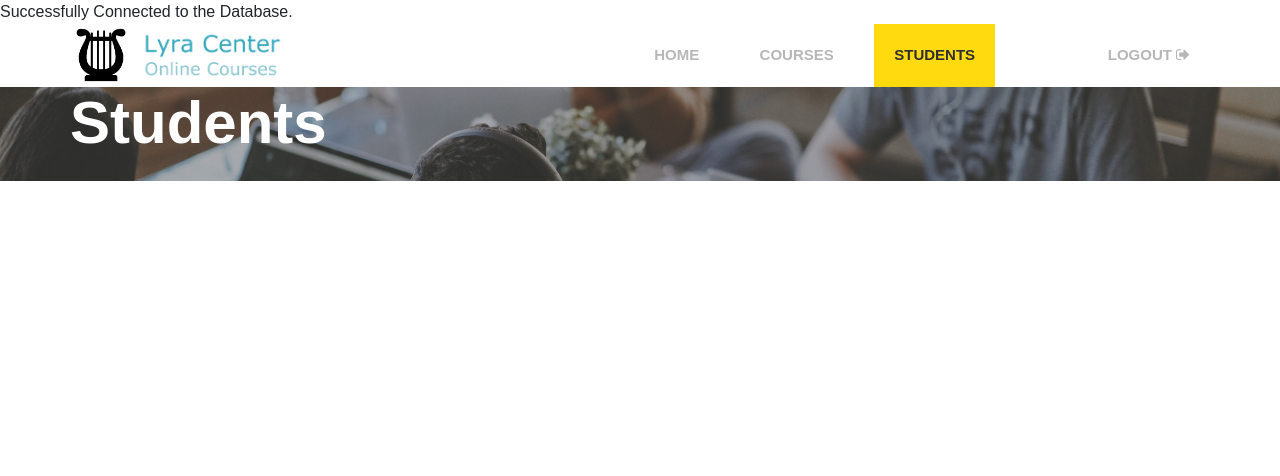
Repository: jersmaecrz/lyra-center
Page: http://localhost/aStudents.php
An editor plug-in stored every save of this project. The page is shown before and after a run of saves, followed by the edit.
The browser window is 1280 px wide. The pictures show the whole page.
Some web fonts or font styles are not loaded; a fallback is used. The page is run by PHP 8.4 with error messages shown; the project is at /var/www/html/.

Above is the page before, as saved 2022-12-03 23:31:59.

### aStudents.php
<?php
    include "admin-dashboard.php";
?>
<!DOCTYPE html>
<html lang="zxx">
<head>
    <link rel="icon" href="img/lyre.png">
    <meta charset="UTF-8">
    <meta name="description" content="Anime Template">
    <meta name="keywords" content="Anime, unica, creative, html">
    <meta name="viewport" content="width=device-width, initial-scale=1.0">
    <meta http-equiv="X-UA-Compatible" content="ie=edge">
    <title>Lyra | Students</title>
    <link rel="stylesheet" href="css/admin-home-style.css" type="text/css">

    <!-- Google Font -->
    <link href="https://fonts.googleapis.com/css2?family=Mulish:wght@300;400;500;600;700;800;900&display=swap"
    rel="stylesheet">

    <link rel="preconnect" href="https://fonts.googleapis.com">
    <link rel="preconnect" href="https://fonts.gstatic.com" crossorigin>
    <link href="https://fonts.googleapis.com/css2?family=Open+Sans:wght@700&display=swap" rel="stylesheet">

    <!-- Css Styles -->
    <link rel="stylesheet" href="css/bootstrap.min.css" type="text/css">
    <link rel="stylesheet" href="css/font-awesome.min.css" type="text/css">
    <link rel="stylesheet" href="css/elegant-icons.css" type="text/css">
    <link rel="stylesheet" href="css/plyr.css" type="text/css">
    <link rel="stylesheet" href="css/nice-select.css" type="text/css">
    <link rel="stylesheet" href="css/owl.carousel.min.css" type="text/css">
    <link rel="stylesheet" href="css/slicknav.min.css" type="text/css">
    <link rel="stylesheet" href="css/style.css" type="text/css">
</head>

<body>
    <!-- Page Preloder -->
    <div id="preloder">
        <div class="loader"></div>
    </div>

    <!-- Header Section Begin -->
    <header class="header">
        <div class="container">
            <div class="row">
                <div class="col-lg-5">
                    <div class="header__logo">
                        <a href="./aHome.php">
                            <img src="img/lyre.png" alt="" width=62px>
                            <img src="img/lyra.png" alt="" width=150px>
                        </a>
                    </div>
                </div>
                <div class="col-lg-7">
                    <div class="header__nav">
                        <nav class="header__menu mobile-menu">
                            <ul>
                                <li ><a href="./aHome.php">HOME</a></li>
                                <li ><a href="./aCourses.php">COURSES</a></li>
                                <li class="active"><a href="./aStudents.php">STUDENTS</a></li>
                                <li class="right"><a href="./signup.html">LOGOUT <i class="fa fa-sign-out" aria-hidden="true"></i></a></li>
                            </ul>
                        </nav>
                    </div>
                </div>

            </div>
            <div id="mobile-menu-wrap"></div>
        </div>
    </header>
    <!-- Header End -->


    <!-- Normal Breadcrumb Begin -->
    <section class="pg pg-breadcrumb set-bg" data-setbg="img/banner.png">
        <div class="container">
            <div class="row">
                <div class="col-lg-5">
                    <div class="normal__breadcrumb__text">
                        <h2>Students</h2>
                    </div>
                </div>
            </div>
        </div>

    </section>
    <!-- Normal Breadcrumb End -->
<br>

<!-- Dashboard -->
<div class="container">
    <div class="row">
            <div class="col-lg-12 normal__breadcrumb__text">

            </div>

    </div>
</div>
<br>
<br>
<br>
<br>
<br>

<!-- Footer Section Begin
<footer class="footer">
    <div class="page-up">
        <a href="#" class="scroll"><span class="arrow_carrot-up"></span></a>
    </div>
    <div class="container">
        <div class="row">
            <div class="col-lg-3">
                <div class="footer__logo">
                    <a href="./index.html">
                        <img src="img/mango manga.png" alt="" width=80px>
                        <img src="img/mm.png" alt="" width=110px>
                    </a>
                </div>
            </div>
            <div class="col-lg-6">
                <div class="footer__nav">
                    <ul>
                        <li class="active"><a href="./index.html">HOME</a></li>
                        <li ><a href="./courses.html">COURSES</a></li>
                        <li ><a href="./signup.html">STUDENTS</a></li>

                    </ul>
                </div>
            </div>

          </div>
      </div>
  </footer>
  <!-- Footer Section End -->


<!-- Js Plugins -->
<script src="js/jquery-3.3.1.min.js"></script>
<script src="js/bootstrap.min.js"></script>
<script src="js/player.js"></script>
<script src="js/jquery.nice-select.min.js"></script>
<script src="js/mixitup.min.js"></script>
<script src="js/jquery.slicknav.js"></script>
<script src="js/owl.carousel.min.js"></script>
<script src="js/main.js"></script>


</body>

</html>

### admin-dashboard.php
<?php
   require_once("config.php");
   class Dashboard {
        //Attributes
        public $name;
        public $courses;
        //Create setters
        function setStudents($students){
            $this -> students = $students;
        }
        function setCourses($courses){
            $this -> courses = $courses;
        }
        //Create getters
        function getStudents(){
            return $this -> students;
        }
        function getCourses(){
            return $this -> courses;
        }
        function countStudents($pdo){
            $query = "SELECT * FROM users";
            $stmt = $pdo-> prepare($query);
            $stmt -> execute();
            $rows = $stmt -> fetchAll();
            $rowCount = $stmt->rowCount();
            $this -> setStudents($rowCount);
        }
        function countCourses($pdo){
            $query = "SELECT * FROM courses";
            $stmt = $pdo-> prepare($query);
            $stmt -> execute();
            $rows = $stmt -> fetchAll();
            $rowCount = $stmt->rowCount();
            $this -> setCourses($rowCount);
        }
    }
?>

### config.php
<?php
    $host = "remotemysql.com";
    $user = "NsqxjSUDbx";
    $password = "wLgUwnheJo";
    $dbName = "NsqxjSUDbx" ;
    //Connect to database using PDO
    try {
        $dsn ="mysql:host=$host;dbname=$dbName";
        $pdo = new PDO($dsn,$user, $password);
        //Check the connection
        $pdo->setAttribute(PDO::ATTR_DEFAULT_FETCH_MODE,PDO::FETCH_OBJ);
        $pdo->setAttribute(PDO::ATTR_ERRMODE,PDO::ERRMODE_EXCEPTION);
        echo "Successfully Connected to the Database.";
    } catch(PDOException $e) {
        echo "Unable to Connect to DB: ". $e->getMessage();
    }
?>

### css/admin-home-style.css
.right {
    float: right;
}
.scroll {
    margin-left: -50px;
    margin-top: -50px;
}
.main-section{
	width:80%;
	margin:0 auto;
	text-align: center;
	padding: 0px 5px;
}
.dashboard{
	width:32%;
	display: inline-block;
	color:#fff;
	margin-top: 50px;
}
.icon-section i{
	font-size: 30px;
	padding:10px;
	border:1px solid #34495E;
	margin-bottom: 10px;
    margin: 5%;
	background-color:#fff;
    border-radius: 50%;
}
.icon-section h3{
	font-size: 20px;
    color: #fff;
	font-family: "Mulish", sans-serif;
}
.icon-section p{
	margin:0px;
	font-size: 20px;
	padding-bottom: 10px;
	font-family: "Mulish", sans-serif;
}
.icon {
    color: #023047;
}
.blueDash {
    background-color:#34495E;

}
.yellowDash {
    background-color:#4ACBCB;

}

### css/style.css

html,
body {
	height: 100%;
	font-family: "Mulish", sans-serif;
	-webkit-font-smoothing: antialiased;
	background: white;
}

h1,
h2,
h3,
h4,
h5,
h6 {
	margin: 0;
	color: #111111;
	font-weight: 400;
	font-family: "Mulish", sans-serif;
}

.lemony a{
	background: #FFDA0E;
	font-size: 20px;
	color: black;
	padding-left: 20px;
	padding-right: 20px;
	padding-top: 10px;
	padding-bottom: 10px;
	font-family: "Oswald", sans-serif;
}

h1 {
	font-size: 70px;
}

h2 {
	font-size: 36px;
}

h3 {
	font-size: 30px;
}

h4 {
	font-size: 24px;
}

h5 {
	font-size: 18px;
}

h6 {
	font-size: 16px;
}

p {
	font-size: 15px;
	font-family: "Mulish", sans-serif;
	color: #3d3d3d;
	font-weight: 400;
	line-height: 25px;
	margin: 0 0 15px 0;
}

img {
	max-width: 100%;
}

input:focus,
select:focus,
button:focus,
textarea:focus {
	outline: none;
}

a:hover,
a:focus {
	text-decoration: none;
	outline: none;
	color: #4ACBCB;;
}

ul,
ol {
	padding: 0;
	margin: 0;
}

/*---------------------
  Helper CSS
-----------------------*/

.section-title {
	margin-bottom: 30px;
}

.section-title h4,
.section-title h5 {
	color: #2F2F2F;
	font-weight: 600;
	line-height: 21px;
	text-transform: uppercase;
	padding-left: 20px;
	position: relative;
	font-family: "Oswald", sans-serif;
}

.section-title h4:after,
.section-title h5:after {
	position: absolute;
	left: 0;
	top: -6px;
	height: 32px;
	width: 4px;
	background: #e53637;
	content: "";
}

.set-bg {
	background-repeat: no-repeat;
	background-size: cover;
	background-position: top center;
}

.spad {
	padding-top: 100px;
	padding-bottom: 100px;
}

.text-white h1,
.text-white h2,
.text-white h3,
.text-white h4,
.text-white h5,
.text-white h6,
.text-white p,
.text-white span,
.text-white li,
.text-white a {
color: black;
}

/* buttons */

.primary-btn {
	display: inline-block;
	font-size: 13px;
	font-weight: 700;
	text-transform: uppercase;
	color: #ffffff;
	letter-spacing: 2px;
}

.primary-btn span {
	font-size: 18px;
	margin-left: 5px;
	position: relative;
	top: 3px;
}

.site-btn {
	font-size: 13px;
	color: #ffffff;
	background: #e53637;
	font-weight: 700;
	border: none;
	border-radius: 2px;
	letter-spacing: 2px;
	text-transform: uppercase;
	display: inline-block;
	padding: 12px 30px;
}

/* Preloder */

#preloder {
	position: fixed;
	width: 100%;
	height: 100%;
	top: 0;
	left: 0;
	z-index: 999999;
	background: #000;
}

.loader {
	width: 40px;
	height: 40px;
	position: absolute;
	top: 50%;
	left: 50%;
	margin-top: -13px;
	margin-left: -13px;
	border-radius: 60px;
	animation: loader 0.8s linear infinite;
	-webkit-animation: loader 0.8s linear infinite;
}

@keyframes loader {
	0% {
		-webkit-transform: rotate(0deg);
		transform: rotate(0deg);
		border: 4px solid #f44336;
		border-left-color: transparent;
	}
	50% {
		-webkit-transform: rotate(180deg);
		transform: rotate(180deg);
		border: 4px solid #673ab7;
		border-left-color: transparent;
	}
	100% {
		-webkit-transform: rotate(360deg);
		transform: rotate(360deg);
		border: 4px solid #f44336;
		border-left-color: transparent;
	}
}

@-webkit-keyframes loader {
	0% {
		-webkit-transform: rotate(0deg);
		border: 4px solid #f44336;
		border-left-color: transparent;
	}
	50% {
		-webkit-transform: rotate(180deg);
		border: 4px solid #673ab7;
		border-left-color: transparent;
	}
	100% {
		-webkit-transform: rotate(360deg);
		border: 4px solid #f44336;
		border-left-color: transparent;
	}
}

.spacial-controls {
	position: fixed;
	width: 111px;
	height: 91px;
	top: 0;
	right: 0;
	z-index: 999;
}

.spacial-controls .search-switch {
	display: block;
	height: 100%;
	padding-top: 30px;
	background: #323232;
	text-align: center;
	cursor: pointer;
}

.search-model {
	display: none;
	position: fixed;
	width: 100%;
	height: 100%;
	left: 0;
	top: 0;
	background: #000;
	z-index: 99999;
}

.search-model-form {
	padding: 0 15px;
}

.search-model-form input {
	width: 500px;
	font-size: 40px;
	border: none;
	border-bottom: 2px solid #333;
	background: 0 0;
	color: #999;
}

.search-close-switch {
	position: absolute;
	width: 50px;
	height: 50px;
	background: #333;
	color: #fff;
	text-align: center;
	border-radius: 50%;
	font-size: 28px;
	line-height: 28px;
	top: 30px;
	cursor: pointer;
	display: -webkit-box;
	display: -ms-flexbox;
	display: flex;
	-webkit-box-align: center;
	-ms-flex-align: center;
	align-items: center;
	-webkit-box-pack: center;
	-ms-flex-pack: center;
	justify-content: center;
}

/*---------------------
  Header
-----------------------*/

.header {
	background: white;
}

.header__menu {
	text-align: center;
}


.header__menu ul li {
	list-style: none;
	display: inline-block;
	position: relative;
	margin-right: 16px;
}

.header__menu ul li.active a {
	background: #FFDA0E;
	color: #2F2F2F;
}



.header__menu ul li:hover a {
	color: #4ACBCB;
}

.header__menu ul li:hover .dropdown {
	top: 62px;
	opacity: 1;
	visibility: visible;
}

.header__menu ul li:hover .dropdown li a {
	background: transparent;
}

.header__menu ul li:last-child {
	margin-right: 0;
}
.square {
  height: 450px;
  width: 1000px;
  background-color: #CCCC00;
}



.header__menu ul li:hover .dump {
	top: 62px;
	opacity: 1;
	visibility: visible;
}

.header__menu ul li:hover .dump li a {
	background: transparent;
}


.header__menu ul li .dump {
	position: absolute;
	left: 0;
	top: 82px;
	width: 150px;
	background: #ffffff;
	text-align: left;
	padding: 5px 0;
	z-index: 9;
	opacity: 0;
	visibility: hidden;
	-webkit-transition: all, 0.3s;
	-o-transition: all, 0.3s;
	transition: all, 0.3s;
}


.header__menu ul li .dump li {
	display: block;
	margin-right: 0;
}

.header__menu ul li .dump li a {
	font-size: 14px;
	color: #111111;
	font-weight: 500;
	padding: 5px 20px;
}





.header__menu ul li .dropdown {
	position: absolute;
	left: 0;
	top: 82px;
	width: 150px;
	background: #ffffff;
	text-align: left;
	padding: 5px 0;
	z-index: 9;
	opacity: 0;
	visibility: hidden;
	-webkit-transition: all, 0.3s;
	-o-transition: all, 0.3s;
	transition: all, 0.3s;
}


.header__menu ul li .dropdown li {
	display: block;
	margin-right: 0;
}

.header__menu ul li .dropdown li a {
	font-size: 14px;
	color: #111111;
	font-weight: 500;
	padding: 5px 20px;
}

.header__menu ul li a {
	font-size: 15px;
	color: #b7b7b7;
	display: block;
	font-weight: 700;
	-webkit-transition: all, 0.5s;
	-o-transition: all, 0.5s;
	transition: all, 0.5s;
	padding: 20px;
}

.header__menu ul li a span {
	position: relative;
	font-size: 17px;
	top: 2px;
}

.header__right {
	text-align: right;
	padding: 20px 0 15px;
}

.header__right a {
	display: inline-block;
	font-size: 18px;
	color: #ffffff;
	margin-right: 30px;
}

.header__right a:last-child {
	margin-right: 0;
}

.slicknav_menu {
	display: none;
}

/*---------------------
  Hero
-----------------------*/




/*---------------------
  Breadcrumb
-----------------------*/

.breadcrumb-option {
	padding-top: 35px;
}

.breadcrumb__links a {
	font-size: 15px;
	color: #323232;
	margin-right: 18px;
	display: inline-block;
	position: relative;
}

.breadcrumb__links a i {
	margin-right: 5px;
	color: #323232;
}

.breadcrumb__links a:after {
	position: absolute;
	right: -14px;
	top: 0;
	content: "";
	font-family: "FontAwesome";
}

.breadcrumb__links span {
	font-size: 15px;
	color: #323232;
	display: inline-block;
}

/*---------------------
    Normal Breadcrumb
-----------------------*/

.normal-breadcrumb {
	height: 450px;
	display: -webkit-box;
	display: -ms-flexbox;
	display: flex;
	-webkit-box-align: center;
	-ms-flex-align: center;
	align-items: center;
	-webkit-box-pack: center;
	-ms-flex-pack: center;
	justify-content: center;
}
.normal__breadcrumb__text h2 {
	color: #ffffff;
	font-size: 60px;
	font-family: "Oswald", sans-serif;
	font-weight: 700;
	margin-bottom: 22px;
}

.normal__breadcrumb__text p {
	color: #ffffff;
	font-size: 18px;
	margin-bottom: 0;
}


/*---------------------
  Login
-----------------------*/

.login {
	padding-top: 130px;
	padding-bottom: 120px;
}

.login__form {
	position: relative;
	padding-left: 145px;
}

.login__form:after {
	position: absolute;
	right: -14px;
	top: -40px;
	height: 330px;
	width: 1px;
	background: rgba(255, 255, 255, 0.2);
	content: "";
}

.login__form h3 {
	color: #ffffff;
	font-weight: 700;
	font-family: "Oswald", sans-serif;
	margin-bottom: 30px;
}

.login__form form .input__item {
	position: relative;
	width: 370px;
	margin-bottom: 20px;
}

.login__form form .input__item:before {
	position: absolute;
	left: 50px;
	top: 10px;
	height: 30px;
	width: 1px;
	background: #b7b7b7;
	content: "";
}

.login__form form .input__item input {
	height: 50px;
	width: 100%;
	font-size: 15px;
	color: #b7b7b7;
	background: #ffffff;
	border: none;
	padding-left: 76px;
}

.login__form form .input__item input::-webkit-input-placeholder {
	color: #b7b7b7;
}

.login__form form .input__item input::-moz-placeholder {
	color: #b7b7b7;
}

.login__form form .input__item input:-ms-input-placeholder {
	color: #b7b7b7;
}

.login__form form .input__item input::-ms-input-placeholder {
	color: #b7b7b7;
}

.login__form form .input__item input::placeholder {
	color: #b7b7b7;
}

.login__form form .input__item span {
	color: #b7b7b7;
	font-size: 20px;
	position: absolute;
	left: 15px;
	top: 13px;
}

.login__form form button {
	border-radius: 0;
	margin-top: 10px;
}

.login__form .forget_pass {
	font-size: 15px;
	color: #ffffff;
	display: inline-block;
	position: absolute;
	right: 60px;
	bottom: 12px;
}

.login__register {
	padding-left: 30px;
}

.login__register h3 {
	color: #ffffff;
	font-weight: 700;
	font-family: "Oswald", sans-serif;
	margin-bottom: 30px;
}

.login__register .primary-btn {
	background: #e53637;
	padding: 12px 42px;
}

.login__social {
	padding-top: 52px;
}

.login__social__links {
	text-align: center;
}

.login__social__links span {
	color: #ffffff;
	display: block;
	font-size: 13px;
	font-weight: 700;
	letter-spacing: 2px;
	text-transform: uppercase;
	margin-bottom: 30px;
}

.login__social__links ul li {
	list-style: none;
	margin-bottom: 15px;
}

.login__social__links ul li:last-child {
	margin-bottom: 0;
}

.login__social__links ul li a {
	color: #ffffff;
	display: block;
	font-size: 13px;
	font-weight: 700;
	letter-spacing: 2px;
	text-transform: uppercase;
	width: 460px;
	padding: 14px 0;
	position: relative;
	margin: 0 auto;
}

.login__social__links ul li a.facebook {
	background: #4267b2;
}

.login__social__links ul li a.google {
	background: #ff4343;
}

.login__social__links ul li a.twitter {
	background: #1da1f2;
}

.login__social__links ul li a i {
	font-size: 20px;
	position: absolute;
	left: 32px;
	top: 14px;
}

/*---------------------
  Sign Up
-----------------------*/

.signup {
	padding-top: 130px;
	padding-bottom: 150px;
}

.signup .login__form:after {
	height: 450px;
}

.signup .login__form h5 {
	font-size: 15px;
	color: #ffffff;
	margin-top: 36px;
}

.signup .login__form h5 a {
	color: #e53637;
	font-weight: 700;
}

.signup .login__social__links {
	text-align: left;
	padding-left: 40px;
}

.signup .login__social__links h3 {
	color: #ffffff;
	font-weight: 700;
	font-family: "Oswald", sans-serif;
	margin-bottom: 30px;
}

.signup .login__social__links ul li a {
	margin: 0;
	text-align: center;
}

/*---------------------
  Footer
-----------------------*/

.footer {
	background: #80E2E2;
	padding-top: 60px;
	padding-bottom: 40px;
	position: relative;
}

.page-up {
	position: absolute;
	left: 50%;
	top: -25px;
	margin-left: -25px;
}

.page-up a {
	display: inline-block;
	font-size: 36px;
	color: black;
	height: 50px;
	width: 50px;
	background: #FFDA0E;
	line-height: 50px;
	text-align: center;
	border-radius: 50%;
}

.page-up a span {
	position: relative;
	top: 2px;
	left: -1px;
}

.footer__nav {
	text-align: center;
}

.footer__nav ul li {
	list-style: none;
	display: inline-block;
	position: relative;
	margin-right: 40px;
}

.footer__nav ul li:last-child {
	margin-right: 0;
}

.footer__nav ul li a {
	font-size: 15px;
	color: #3D3D3D;
	display: block;
	font-weight: 700;
}


/*--------------------------------- Responsive Media Quaries -----------------------------*/

@media only screen and (min-width: 1200px) and (max-width: 1300px) {
	.hero {
		overflow: hidden;
	}
}

@media only screen and (min-width: 1200px) {
	.container {
		max-width: 1170px;
	}
}

/* Medium Device = 1200px */

@media only screen and (min-width: 992px) and (max-width: 1199px) {
	.hero {
		overflow: hidden;
	}
	.login__form {
		position: relative;
		padding-left: 32px;
	}
	.login__social__links ul li a {
		width: 380px;
	}
	.blog__item__text {
		padding: 0 50px;
	}
}

/* Tablet Device = 768px */

@media only screen and (min-width: 768px) and (max-width: 991px) {
	.hero {
		overflow: hidden;
	}
	.header {
		position: relative;
	}
	.header .container {
		position: relative;
	}
	.header__right {
		position: absolute;
		right: 120px;
		top: -42px;
		padding: 0;
	}
	.header__menu {
		display: none;
	}
	.slicknav_menu {
		background: transparent;
		padding: 0;
		display: block;
	}
	.slicknav_nav {
		position: absolute;
		left: 0;
		top: 60px;
		width: 100%;
		background: #ffffff;
		padding: 15px 30px;
		z-index: 9;
	}
	.slicknav_nav ul {
		margin: 0;
	}
	.slicknav_nav .slicknav_row,
	.slicknav_nav a {
		padding: 7px 0;
		margin: 0;
		color: #111111;
		font-weight: 600;
	}
	.slicknav_btn {
		border-radius: 0;
		background-color: #222;
		position: absolute;
		right: 0;
		top: 9px;
	}
	.slicknav_nav .slicknav_arrow {
		color: #111111;
	}
	.slicknav_nav .slicknav_row:hover {
		border-radius: 0;
		background: transparent;
		color: #111111;
	}
	.slicknav_nav a:hover {
		border-radius: 0;
		background: transparent;
		color: #111111;
	}
	.product__sidebar {
		padding-top: 50px;
	}
	.footer__logo {
		text-align: center;
		margin-bottom: 20px;
	}
	.footer__nav {
		margin-bottom: 15px;
	}
	.footer__copyright__text {
		text-align: center;
	}
	.anime__details__widget ul li span {
		width: 90px;
	}
	.anime__details__pic {
		margin-bottom: 40px;
	}
	.anime__details__sidebar {
		padding-top: 50px;
	}
	.login__form {
		padding-left: 0;
		margin-bottom: 40px;
	}
	.login__form:after {
		display: none;
	}
	.login__form form .input__item {
		width: auto;
	}
	.login__register {
		padding-left: 0;
	}
	.signup .login__social__links {
		padding-left: 0;
	}
}

/* Wide Mobile = 480px */

@media only screen and (max-width: 767px) {
	.hero {
		overflow: hidden;
	}
	.header {
		position: relative;
	}
	.header .container {
		position: relative;
	}
	.header__right {
		position: absolute;
		right: 120px;
		top: -42px;
		padding: 0;
	}
	.header__menu {
		display: none;
	}
	.slicknav_menu {
		background: transparent;
		padding: 0;
		display: block;
	}
	.slicknav_nav {
		position: absolute;
		left: 0;
		top: 60px;
		width: 100%;
		background: #ffffff;
		padding: 15px 30px;
		z-index: 9;
	}
	.slicknav_nav ul {
		margin: 0;
	}
	.slicknav_nav .slicknav_row,
	.slicknav_nav a {
		padding: 7px 0;
		margin: 0;
		color: #111111;
		font-weight: 600;
	}
	.slicknav_btn {
		border-radius: 0;
		background-color: #222;
		position: absolute;
		right: 0;
		top: 9px;
	}
	.slicknav_nav .slicknav_arrow {
		color: #111111;
	}
	.slicknav_nav .slicknav_row:hover {
		border-radius: 0;
		background: transparent;
		color: #111111;
	}
	.slicknav_nav a:hover {
		border-radius: 0;
		background: transparent;
		color: #111111;
	}
	.product__sidebar {
		padding-top: 50px;
	}
	.footer__logo {
		text-align: center;
		margin-bottom: 20px;
	}
	.footer__nav {
		margin-bottom: 15px;
	}
	.footer__copyright__text {
		text-align: center;
	}
	.blog__details__title h2 {
		font-size: 34px;
		line-height: normal;
	}
	.anime__details__pic {
		margin-bottom: 40px;
	}
	.anime__details__sidebar {
		padding-top: 50px;
	}
	.btn__all {
		text-align: left;
	}
	.product__page__title .section-title {
		margin-bottom: 30px;
	}
	.product__page__title .product__page__filter {
		text-align: left;
	}
	.anime__details__rating {
		text-align: left;
		position: relative;
		margin-bottom: 20px;
	}
	.blog__details__social {
		overflow: hidden;
	}
	.blog__details__title .blog__details__social a {
		margin-right: 10px;
		margin-bottom: 10px;
		width: calc(50% - 10px);
		float: left;
	}
	.login__form {
		padding-left: 0;
		margin-bottom: 40px;
	}
	.login__form:after {
		display: none;
	}
	.login__form form .input__item {
		width: auto;
	}
	.signup .login__social__links {
		padding-left: 0;
	}
	.login__social__links ul li a {
		width: auto;
	}
	.blog__item__text {
		padding: 0 30px;
	}
	.login__register {
		padding-left: 0;
	}
	.product__sidebar__view .filter__controls li {
		margin-right: 2px;
	}
	.search-model-form input {
		width: 100%;
	}
}

/* Small Device = 320px */

@media only screen and (max-width: 479px) {
	.hero__slider.owl-carousel .owl-nav {
		display: none;
	}
	.hero__items {
		padding: 250px 0 42px 15px;
	}
	.hero__text h2 {
		font-size: 32px;
	}
	.footer__nav ul li {
		margin-right: 10px;
	}
	.anime__details__btn .follow-btn {
		padding: 14px 26px;
		margin-right: 11px;
		margin-bottom: 25px;
	}
	.anime__details__widget ul li span {
		width: 85px;
	}
	.anime__video__player .plyr__volume {
		left: 65px;
	}
	.anime__video__player .plyr__controls .plyr__controls__item.plyr__time {
		left: 95px;
	}
	.anime__video__player .plyr__menu {
		margin-right: 60px;
	}
	.blog__details__title h2 {
		font-size: 30px;
		line-height: normal;
	}
	.blog__details__title .blog__details__social a {
		padding: 16px 25px 14px 20px;
	}
	.blog__details__comment__item.blog__details__comment__item--reply {
		padding-left: 0;
	}
	.blog__details__comment__item__pic {
		margin-right: 25px;
	}
	.blog__details__comment__item__text a {
		margin-right: 6px;
	}
	.login__social__links ul li a i {
		left: 20px;
	}
	.login__form .forget_pass {
		position: relative;
		left: 0;
		bottom: 0;
		margin-top: 25px;
	}
	.header__right a {
		margin-right: 10px;
	}
	.anime__review__item__text h6 span {
		font-size: 12px;
	}
	.anime__review__item__text {
		padding: 18px 20px 20px;
	}

}

Loaded but not shown: css/bootstrap.min.css (library); css/font-awesome.min.css (library); css/plyr.css (library); css/nice-select.css (common file); css/owl.carousel.min.css (library); css/slicknav.min.css (common file); js/jquery-3.3.1.min.js (library); js/bootstrap.min.js (library); js/player.js (library); js/jquery.nice-select.min.js (common file); js/mixitup.min.js (library); js/jquery.slicknav.js (library); js/owl.carousel.min.js (library); js/main.js (101 lines, source omitted); css/elegant-icons.css (1157 lines, source omitted)

After the next 2 saves:
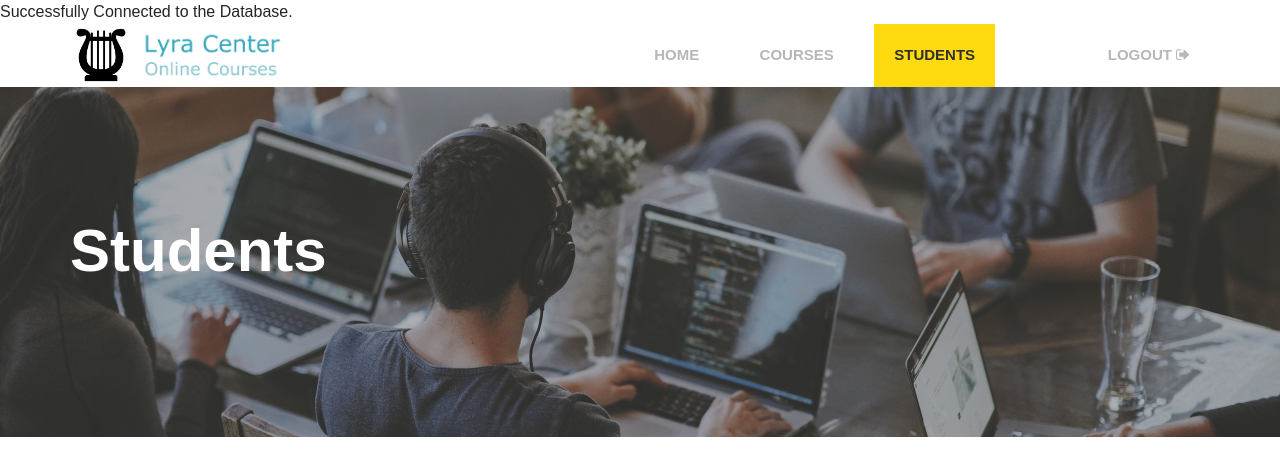
The 2 saves are shown as one change because they came seconds apart.
The last was saved 15 s later.
--- a/css/admin-home-style.css
+++ b/css/admin-home-style.css
@@ -48,3 +48,15 @@
     background-color:#4ACBCB;
 
 }
+.pg-breadcrumb {
+	height: 350px;
+	display: -webkit-box;
+	display: -ms-flexbox;
+	display: flex;
+	-webkit-box-align: center;
+	-ms-flex-align: center;
+	align-items: center;
+	-webkit-box-pack: center;
+	-ms-flex-pack: center;
+	justify-content: center;
+}
